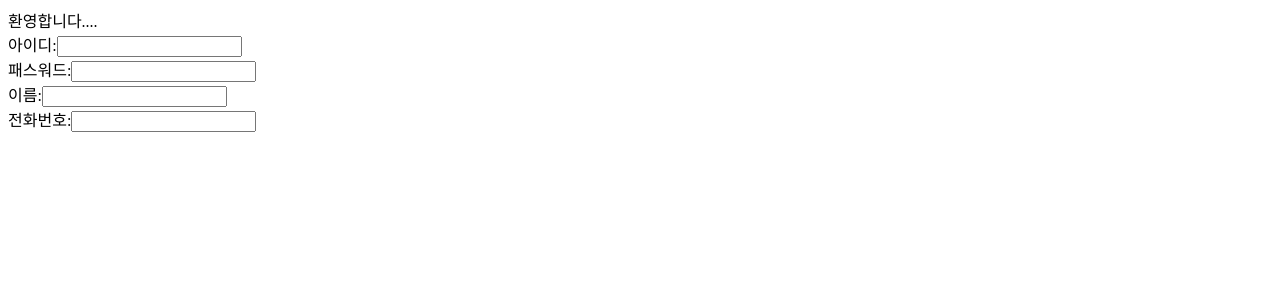
Repository: Yusubin/workEx
Page: spring00/src/main/webapp/index.html
An editor plug-in stored every save of this project. The page is shown before and after the next save, followed by the edit.
The browser window is 1280 px wide. The pictures show the whole page.

Above is the page before, as saved 2022-02-14 04:06:49.

### spring00/src/main/webapp/index.html
<!DOCTYPE html>
<html>
	<head>
	<meta charset="UTF-8">
	<title>Insert title here</title>
	</head>
	<body>
		환영합니다....<br>

	<form action="">
	아이디:<input type="text" name="id"><br>
	패스워드:<input type="text" name="pw"><br>
	이름:<input type="text" name="name"><br>
	전화번호:<input type="text" name="tel"><br>


	</form>
	</body>
</html>

After the next save:
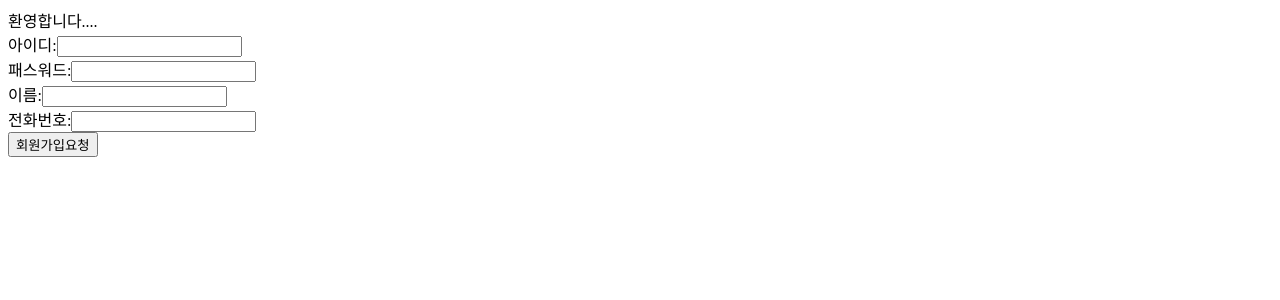
Saved 36 s later.
--- a/spring00/src/main/webapp/index.html
+++ b/spring00/src/main/webapp/index.html
@@ -12,7 +12,7 @@
 	패스워드:<input type="text" name="pw"><br>
 	이름:<input type="text" name="name"><br>
 	전화번호:<input type="text" name="tel"><br>
-
+	<button>회원가입요청</button>
 
 	</form>
 	</body>
